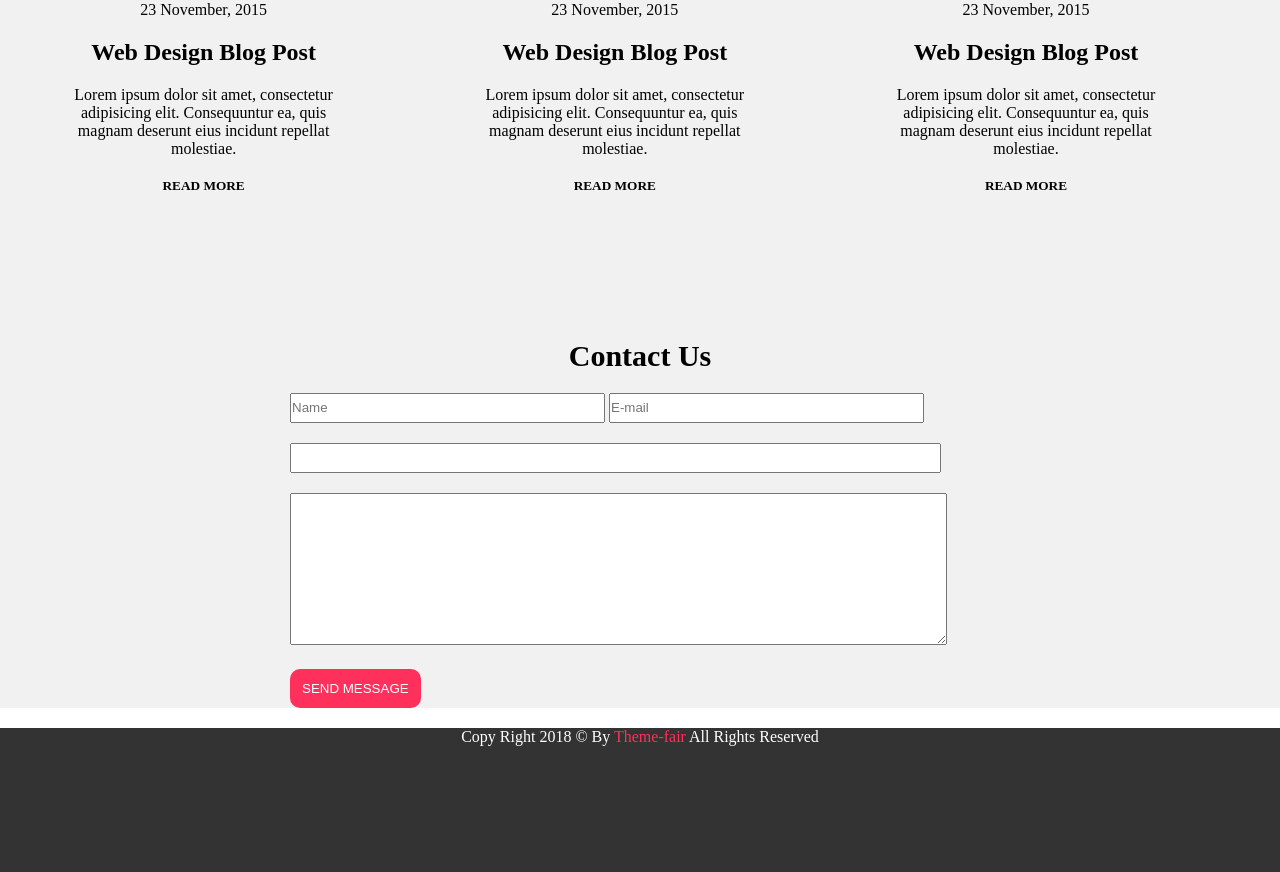
Repository: Ahmedalid/New-project
Page: Rout/index.html
The author's editor kept a copy of each file at every save. The page is drawn from the files as they stood at one save, then again after a run of saves.
The browser window is 1280 px wide. The pictures show the part of the page from y = 3461 to 4333 px (the page is 4333 px tall).
A picture or video elsewhere on the page could not be fetched, so the positions and the page height are approximate.

Above is the page before, as saved 2023-05-24 20:00:48.

After the next 2 saves:
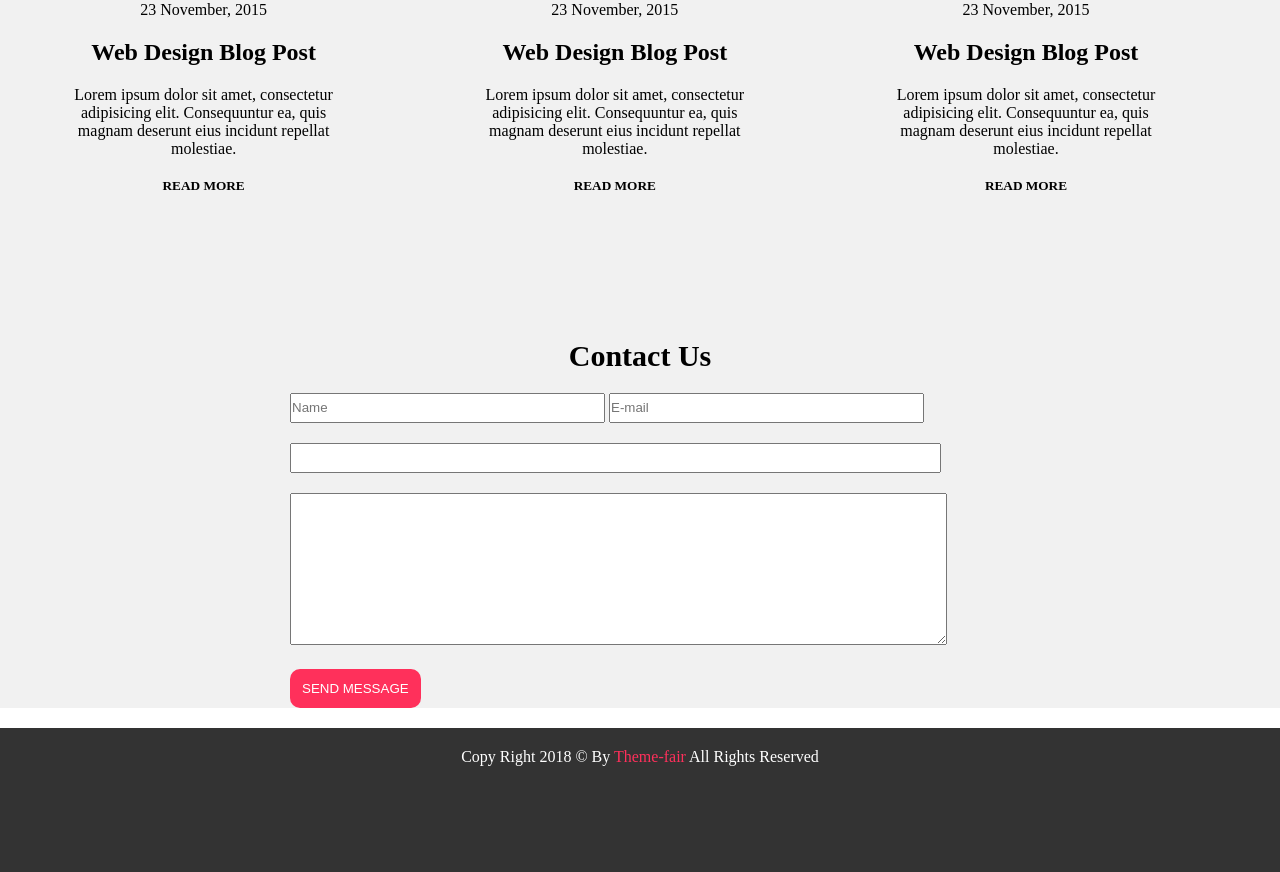
The 2 saves are shown as one change because they came seconds apart.
The last was saved 29 s later.
--- a/Rout/css/style.css
+++ b/Rout/css/style.css
@@ -165,6 +165,6 @@ img{
 footer{
     background-color: #333333;
     height: 20vh;
-
+overflow: auto;
 color: white;
 }
